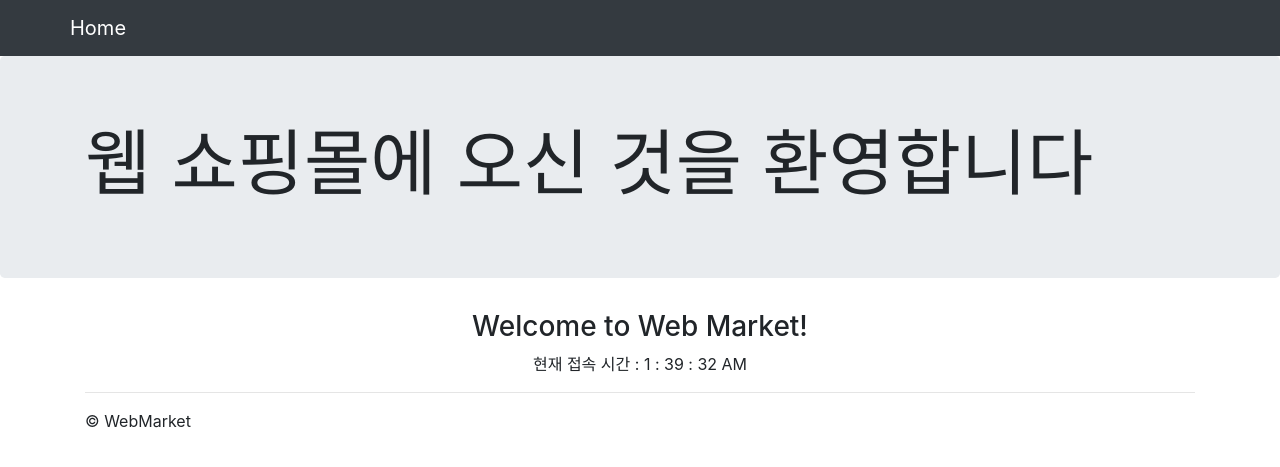
Repository: JeongYT/JSP
Page: http://localhost/Servers/welcome.jsp
These files come from the project's save history. The page is drawn as it stood at one moment and after the next save; the edit follows.
The browser window is 1280 px wide. The pictures show the whole page.
The page is served by Tomcat 9.

Above is the page before, as saved 2023-07-06 05:15:47.

After the next save:
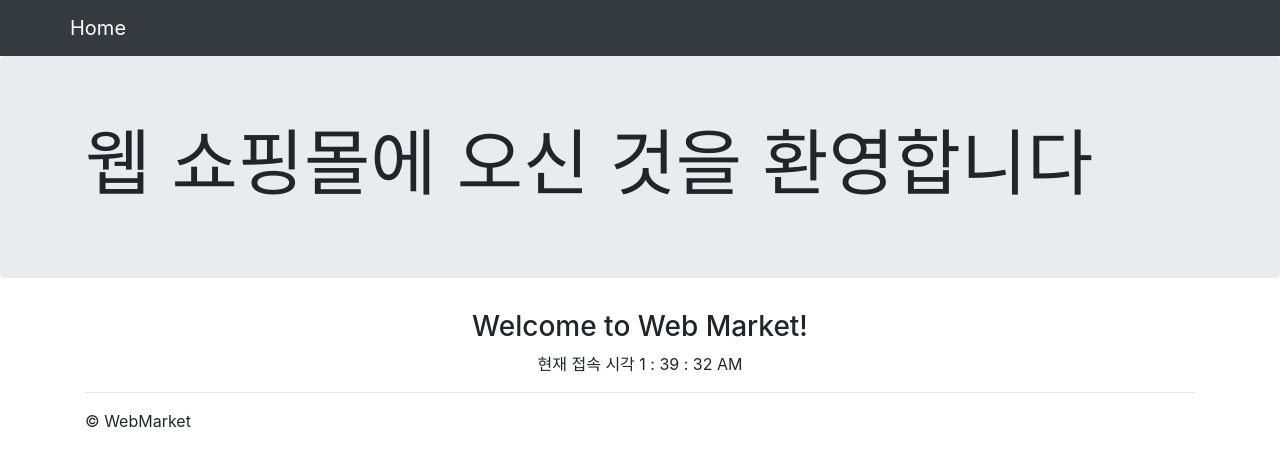
Saved 33 s later.
--- a/Servers/welcome.jsp
+++ b/Servers/welcome.jsp
@@ -54,7 +54,7 @@
 					hour = hour-12;
 				}
 				String CT = hour + " : " + minute + " : " + second + " " + am_pm;
-				out.println("현재 접속 시간 : " + CT + "\n");
+				out.println("현재 접속 시각 " + CT + "\n");
 			%>
 		</div>
 		<hr>
